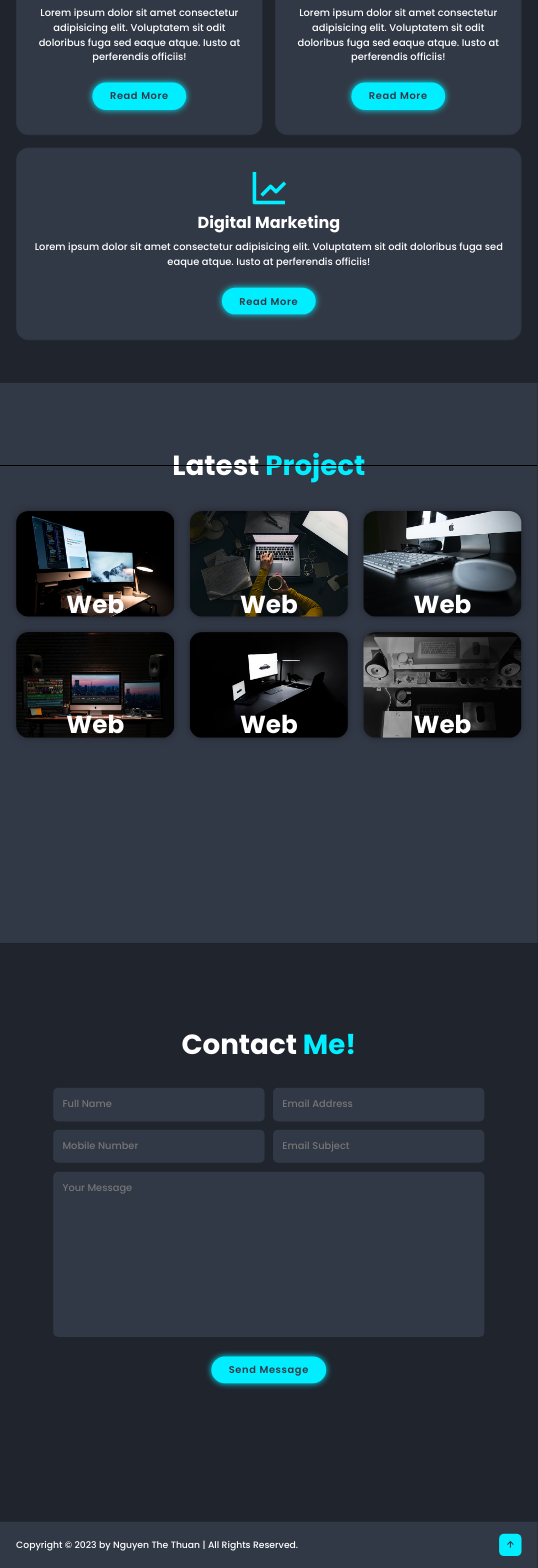
Repository: nguyenthethuan2004/portfolio
Page: index.html
An editor plug-in stored every save of this project. The page is shown before and after a run of saves, followed by the edit.
The browser window is 768 px wide. The pictures show the part of the page from y = 2240 to 4480 px (the page is 4480 px tall before and 4454 px after), at 70% of full size.

Above is the page before, as saved 2023-10-03 19:19:15.
Console error: ReferenceError: navbar is not defined

### index.html
<!DOCTYPE html>
<html lang="en">
  <head>
    <meta charset="UTF-8" />
    <meta name="viewport" content="width=device-width, initial-scale=1.0" />
    <title>Nguyen The Thuan</title>

    <!-- custom css -->

    <link rel="stylesheet" href="css/style.css" />

    <!-- box icon -->

    <link
      href="https://unpkg.com/boxicons@2.1.4/css/boxicons.min.css"
      rel="stylesheet"
    />
  </head>
  <body>

    <!-- header design -->

    <header class="header">
      <a href="#" class="logo" >Portfolio</a>

      <i class='bx bx-menu' id="menu-icon" ></i>

      <nav class="navbar">
        <a href="#home" class="active">Home</a>
        <a href="#about">About</a>
        <a href="#services">Services</a>
        <a href="#portfolio">Portfolio</a>
        <a href="#contact">Contact</a>
      </nav>
    </header>

    <!-- home setion design -->

    <section class="home" id="home">
      <div class="home-content">
        <h3>Hello, It's Me</h3>
        <h1>Nguyen The Thuan</h1>
        <h3>And I'm a <span>Fullstack Developer</span></h3>
        <p>
          Lorem ipsum dolor sit amet consectetur adipisicing elit. Repellat,
          modi? Quas sapiente blanditiis odit nam magni ad!
        </p>
        <div class="social-media">
          <a href=""><i class="bx bxl-facebook"></i></a>
          <a href=""><i class="bx bxl-github"></i></a>
          <a href=""><i class="bx bxl-linkedin"></i></a>
          <a href=""><i class="bx bxl-youtube"></i></a>
        </div>

        <a href="#" class="btn">Download CV</a>
      </div>

      <div class="home-img">
        <img
          src="Image/315543773_466116068957574_5528625686489521569_n (1).png" alt="Anh"
        />
      </div>
    </section>

    <!-- about section design -->

    <section class="about" id="about">
      <div class="about-img">
        <img src="Image/315543773_466116068957574_5528625686489521569_n (1).png" alt="">
      </div>
      <div class="about-content">
        <h2 class="heading">About <span>Me</span></h2>
        <h3>Graphic Design!</h3>
        <p>Lorem ipsum dolor sit amet consectetur adipisicing elit. Quaerat, nihil nemo quia aperiam voluptate iusto rerum commodi dicta animi accusantium ullam illum provident incidunt? Incidunt quas possimus quam tenetur. Eos expedita quis, nihil aperiam ab qui impedit sunt. Quam iusto dolorum voluptatum debitis in, delectus pariatur?</p>
        <a href="#" class="btn">Read More</a>
      </div>
    </section>

    <!-- services section design -->

    <section class="services" id="services">
      <h2 class="heading">Our <span>Services</span></h2>

      <div class="services-container">
        <div class="services-box">
          <i class='bx bx-code-alt'></i>
          <h3>Web Developer</h3>
          <p>Lorem ipsum dolor sit amet consectetur adipisicing elit. Voluptatem sit odit doloribus fuga sed eaque atque. Iusto at perferendis officiis!</p>
          <a href="#" class="btn">Read More</a>
        </div>

        <div class="services-box">
          <i class='bx bxs-paint' ></i>
          <h3>Graphic Design</h3>
          <p>Lorem ipsum dolor sit amet consectetur adipisicing elit. Voluptatem sit odit doloribus fuga sed eaque atque. Iusto at perferendis officiis!</p>
          <a href="#" class="btn">Read More</a>
        </div>

        <div class="services-box">
          <i class='bx bx-line-chart' ></i>
          <h3>Digital Marketing</h3>
          <p>Lorem ipsum dolor sit amet consectetur adipisicing elit. Voluptatem sit odit doloribus fuga sed eaque atque. Iusto at perferendis officiis!</p>
          <a href="#" class="btn">Read More</a>
        </div>
      </div>
    </section>

    <!-- portfolio section design -->

    <section class="portfolio" id="portfolio">
      <h2 class="heading">Latest <span>Project</span></h2>

      <div class="portfolio-container">
        <div class="portfolio-box">
          <img src="Image/1.jpg" alt="">
          <div class="portfolio-layer">
            <h4>Web Design</h4>
            <p>Lorem, ipsum dolor sit amet consectetur adipisicing elit. Accusamus, exercitationem?</p>
            <a href="#"><i class='bx bx-link-external' ></i></a>
          </div>
        </div>

        <div class="portfolio-box">
          <img src="Image/2.jpg" alt="">
          <div class="portfolio-layer">
            <h4>Web Design</h4>
            <p>Lorem, ipsum dolor sit amet consectetur adipisicing elit. Accusamus, exercitationem?</p>
            <a href="#"><i class='bx bx-link-external' ></i></a>
          </div>
        </div>

        <div class="portfolio-box">
          <img src="Image/3.jpg" alt="">
          <div class="portfolio-layer">
            <h4>Web Design</h4>
            <p>Lorem, ipsum dolor sit amet consectetur adipisicing elit. Accusamus, exercitationem?</p>
            <a href="#"><i class='bx bx-link-external' ></i></a>
          </div>
        </div>

        <div class="portfolio-box">
          <img src="Image/4.jpg" alt="">
          <div class="portfolio-layer">
            <h4>Web Design</h4>
            <p>Lorem, ipsum dolor sit amet consectetur adipisicing elit. Accusamus, exercitationem?</p>
            <a href="#"><i class='bx bx-link-external' ></i></a>
          </div>
        </div>

        <div class="portfolio-box">
          <img src="Image/5.jpg" alt="">
          <div class="portfolio-layer">
            <h4>Web Design</h4>
            <p>Lorem, ipsum dolor sit amet consectetur adipisicing elit. Accusamus, exercitationem?</p>
            <a href="#"><i class='bx bx-link-external' ></i></a>
          </div>
        </div>

        <div class="portfolio-box">
          <img src="Image/6.jpg" alt="">
          <div class="portfolio-layer">
            <h4>Web Design</h4>
            <p>Lorem, ipsum dolor sit amet consectetur adipisicing elit. Accusamus, exercitationem?</p>
            <a href="#"><i class='bx bx-link-external' ></i></a>
          </div>
        </div>
      </div>
    </section>

    <!-- contact section design -->

    <section class="contact" id="contact">
      <h2 class="heading">Contact <span>Me!</span></h2>

      <form action="#">
        <div class="input-box">
          <input type="text" placeholder="Full Name">
          <input type="email" placeholder="Email Address">
        </div>

        <div class="input-box">
          <input type="number" placeholder="Mobile Number">
          <input type="text" placeholder="Email Subject">
        </div>
        <textarea name="" id="" cols="30" rows="10" placeholder="Your Message"></textarea>
        <input type="submit" value="Send Message" class="btn">
      </form>
    </section>

    <!-- footer design -->
    <footer class="footer">
      <div class="footer-text">
        <p>Copyright &copy; 2023 by Nguyen The Thuan | All Rights Reserved.</p>
      </div>

      <div class="footer-iconTop">
        <a href="#home"><i class='bx bx-up-arrow-alt' ></i></a>
      </div>
    </footer>


          <!-- custom js -->
    <script src="js/script.js"></script>


  </body>
</html>

### css/style.css
    @import url('https://fonts.googleapis.com/css2?family=Poppins:ital,wght@0,300;0,500;0,600;0,700;0,800;0,900;1,300;1,400;1,500;1,600;1,700;1,800;1,900&display=swap');
* {
    margin: 0;
    padding: 0;
    box-sizing: border-box;
    text-decoration: none;
    border: none;
    outline: none;
    scroll-behavior:smooth;
    font-family: 'Poppins', sans-serif;
}

:root {
    --bg-color:#1f242d;
    --second-bg-color:#323946;
    --text-color:#fff;
    --main-color:#0ef;
}

html {
    font-size: 62.5%;
    overflow-x: hidden;
}

body {
    background: var(--bg-color);
    color: var(--text-color);
}

section {
    min-height: 100vh;
    padding: 10rem 9% 2rem;
}

.header {
    position: fixed;
    top: 0;
    left: 0;
    width: 100%;
    padding: 2rem 9%;
    background: var(--bg-color);
    display: flex;
    justify-content: space-between;
    align-items: center;
    z-index: 100;
}

.header .sticky {
    border-bottom:.1rem solid rgba(0, 0, 0,.2) ;
}

.logo {
    font-size: 2.5rem;
    color: var(--text-color);
    width: 600px;
    cursor: default;
}

.navbar a {
    font-size: 1.7rem;
    color: var(--text-color);
    margin-left: 4rem;
    transition: .3s;
}

.navbar a:hover,
.navbar a.active {
    color: var(--main-color);
}

#menu-icon {
    font-size: 3.6rem;
    color: var(--text-color);
    display: none;
}

.home {
    display: flex;
    justify-content: center;
    align-items: center;
}

.home-image {
    width: 32vw;
}

.home-content h3 {
    font-size: 3.2rem;
    font-weight: 700;
}


.home-content h3:nth-of-type(2) {
    margin-bottom: 2rem;
}

span {
    color: var(--main-color);
}

.home-content h1 {
    font-size: 5.6rem;
    font-weight: 700;
    line-height: 1.3;
}

.home-content p {
    font-size: 1.6rem;
}

.social-media a {
    display: inline-flex;
    justify-content: center;
    align-items: center;
    width: 4rem;
    height: 4rem;
    background: transparent;
    border: .2rem solid var(--main-color);
    border-radius: 50%;
    font-size: 2rem;
    color: var(--main-color);
    margin: 3rem 1.5rem 3rem 0;
    transition: .3s ease;
}
.social-media a:hover {
    background: var(--main-color);
    color: var(--second-bg-color);
    box-shadow: 0 0 1rem var(--main-color);
}

.btn {
    display: inline-block;
    padding: 1rem 2.8rem;
    background: var(--main-color);
    border-radius: 4rem;
    box-shadow: 0 0 1rem var(--main-color);
    font-size: 1.6rem;
    color: var(--second-bg-color);
    letter-spacing: .1rem;
    font-weight: 600;
    transition: .5s ease-in-out;
}

.btn:hover {
    box-shadow: none;

}

.about {
    display: flex;
    justify-content: center;
    align-items: center;
    gap: 2rem;
    background: var(--second-bg-color);
}

.about-img img {
    width: 35vw;
}

.heading {
    text-align: center;
    font-size: 4.5rem;
}

.about-content h2 {
    text-align: left;
    line-height: 1.2;
}

.about-content h3 {
    font-size:2.6rem;
}

.about-content p {
    font-size: 1.6rem;
    margin: 2rem 0 3rem 0;
}

.services h2 {
    margin-bottom: 5rem;
}

.services-container {
    display:flex;
    justify-content: center;
    align-items: center;
    flex-wrap: wrap;
    gap:2rem;
}

.services-container .services-box {
    flex: 1 1 30rem;
    background: var(--second-bg-color);
    padding: 3rem 2rem 4rem;
    border-radius: 2rem;
    text-align: center;
    border: .2rem solid var(--second-bg-color);
    transition: .5s ease;
}

.services-container .services-box:hover {
    border-color: var(--main-color);
    transform: scale(1.02);
}

.services-box i {
    font-size: 7rem;
    color: var(--main-color);
}

.services-box h3 {
    font-size: 2.6rem;
}

.services-box p {
    font-size: 1.6rem;
    margin: 1rem 0 3rem;
}

.portfolio {
    background:var(--second-bg-color) ;
}

.portfolio h2 {
    margin-bottom: 4rem;
}

.portfolio-container {
    display: grid;
    grid-template-columns: repeat(3, 1fr);
    align-items: center;
    gap: 2.5rem ;
}

.portfolio-container .portfolio-box {
    position: relative;
    border-radius: 2rem ;
    box-shadow: 0 0 1rem var(--bg-color);
    overflow: hidden;
    display: flex;
}

.portfolio-box img {
    width: 100%;
    transition: .5s ease;
}

.portfolio-box:hover img {
    transform: scale(1.1);
}

.portfolio-box .portfolio-layer {
    position: absolute;
    bottom: 0;
    left: 0;
    width: 100%;
    height: 100%;
    background: linear-gradient( rgba(0, 0, 0,.1), var(--main-color));
    display: flex;
    justify-content: center;
    align-items: center;
    flex-direction: column;
    text-align: center;
    padding: 0 4rem;
    transform: translateY(100%);
    transition: .5s ease;

}

.portfolio-box:hover .portfolio-layer {
    transform: translateY(0);

}

.portfolio-box .portfolio-layer h4 {
    font-size: 4rem;
}

.portfolio-layer p {
    font-size: 1.6rem;
    margin: .3rem 0 1rem 0;
}

.portfolio-layer a {
    display: inline-flex;
    justify-content: center;
    align-items: center;
    width: 3.7rem;
    height: 3.7rem;
    background:var(--text-color);
    border-radius: 50%;
}

.portfolio-layer a i {
    font-size: 2rem;
    color: var(--second-bg-color);
}

.contact h2 {
    margin-bottom: 3rem;
}

.contact form {
    max-width: 70rem;
    margin: 1rem auto;
    text-align: center;
    margin-bottom: 3rem;
}

.contact form .input-box {
    display: flex;
    justify-content: space-between;
    flex-wrap: wrap;
}

.contact form .input-box input,
.contact form textarea {
    width: 100%;
    padding: 1.5rem;
    font-size:1.6rem;
    color: var(--text-color);
    background: var(--second-bg-color);
    border-radius: .8rem;
    margin: .7rem 0;
}

.contact form .input-box input {
    width: 49%;
}

.contact form textarea {
    resize: none;
}

.contact form .btn {
     margin-top: 2rem;
     cursor: pointer;
}

.footer {
    display: flex;
    justify-content: space-between  ;
    align-items: center;
    flex-wrap: wrap;
    padding: 2rem 9%;
    background: var(--second-bg-color);
}

.footer-text {
    font-size: 1.5rem;
}

.footer-iconTop a {
    display: inline-flex;
    justify-content: center;
    align-items: center;
    padding: .8rem;
    background: var(--main-color);
    border-radius: .8rem;
    transition: .5s ease;
}

.footer-iconTop a:hover {
    box-shadow: 0 0 1rem var(--main-color);
}

.footer-iconTop a i {
    font-size: 2rem;
    color: var(--second-bg-color);
}

/* ---------------------------------BREAKPOINTS------------------------- */

@media (max-width:1200px) {
    html {
        font-size: 55%;
    }
}

@media (max-width:991px) {
    .header {
        padding: 2rem 3%;
    }

    section {
        padding: 10rem 3% 2rem;
    }

    .services {
        padding-bottom: 7rem;
    }

    .footer {
        padding: 2rem 3%;
    }
}

@media (max-width:768px) {
    #menu-icon{
        display: block;
    }

    .navbar {
        position:  absolute;
        top: 100%;
        left: 0;
        width: 100%;
        padding: 1rem 3%;
        background: var(--bg-color);
        border-top: .1rem solid rgba(0, 0, 0,.2);
        box-shadow: 0 0.5rem 1rem rgba(0, 0, 0,.2);
        display: none;
    }

    .navbar .active {
        display: block;
    }

    .navbar a {
        display:block;
        font-size: 2rem;
        margin: 3rem 0;

    }

    .home {
        flex-direction: column;
    }

    .home-content h3 {
        font-size: 2.6rem;
    }

    .home-content h1 {
        font-size: 5rem;
    }

    .home-img img {
        width: 70vw;
        margin-top: 4rem;
    }

    .about {
        flex-direction: column-reverse;
    }

    .about img {
        width: 70vw;
        margin-top: 4rem;
    }

    .services h2 {
        margin-bottom: 3rem;
    }

    .portfolio {
        margin-bottom: 3rem;
    }
}

### js/script.js
/*========================= toggle icon navbar ========================*/

let menuIcon = document.querySelector('#menu-icon');
let navbarIcon = document.querySelector('.navbar');

menuIcon.onclick = () => {
    menuIcon.classList.toggle('bx-x');
    navbar.classList.toggle('active');
};

/*========================= scroll sections avtive link ========================*/

 let sections = document.querySelectorAll('section');
 let navLinks = document.querySelectorAll('header nav a');

 window.onscroll = () => {
    sections.forEach(sec => {
        let top = window.scrollY;
        let offset = sec.offsetTop - 150;
        let height = sec.offsetHeight;
        let id =  sec.getAttribute('id');

        if (top >= offset && top < offset + height) {
            navLinks.forEach(links => {
                links.classList.remove('active');
                document.querySelector('header nav a[href*=' + id + ']').classList.add('active');

            });
        };
    });
    /*========================= sticky navbar =========================*/

    let header = document.querySelector('header');

    header.classList.toggle('sticky', window.scrollY > 100);

    /*========================= remove toggle icon and navbar when click navbar links ========================*/
    menuIcon.classList.remove('bx-x');
    navbar.classList.remove('active');
};

After the next 2 saves:
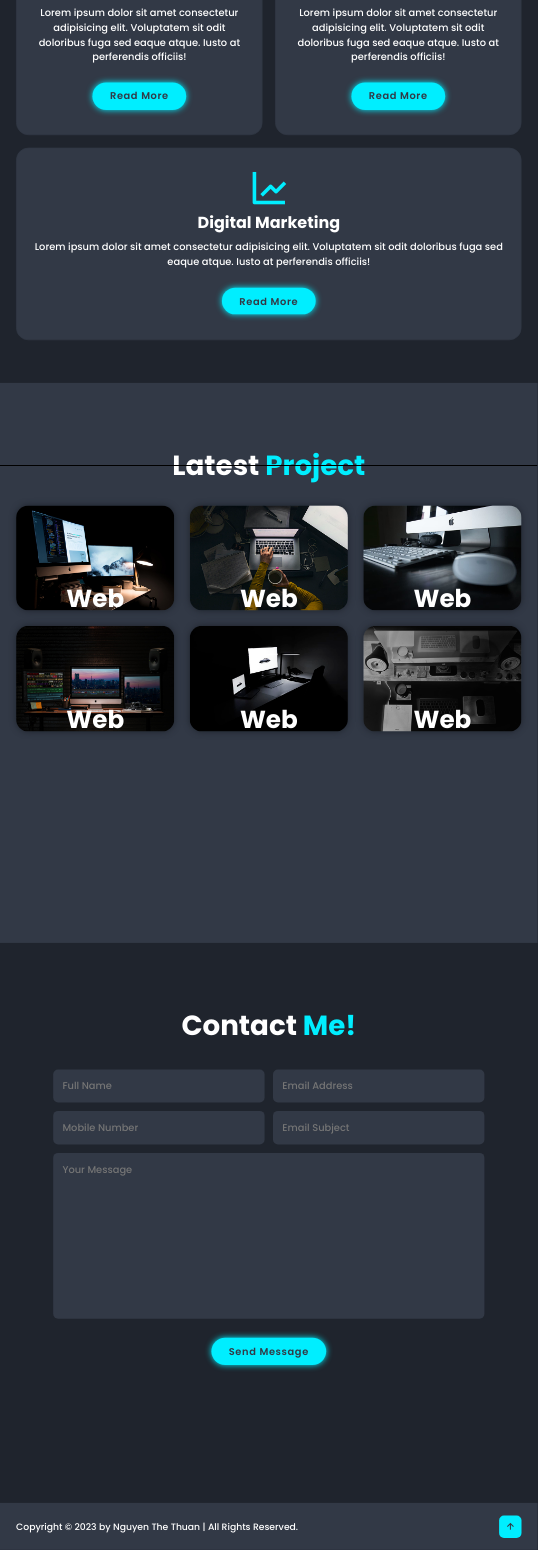
The 2 saves are shown as one change because they came seconds apart.
The last was saved 6 s later.
--- a/css/style.css
+++ b/css/style.css
@@ -454,7 +454,8 @@ span {
         margin-bottom: 3rem;
     }
 
-    .portfolio {
+    .portfolio h2 {
         margin-bottom: 3rem;
     }
-}
+
+}
